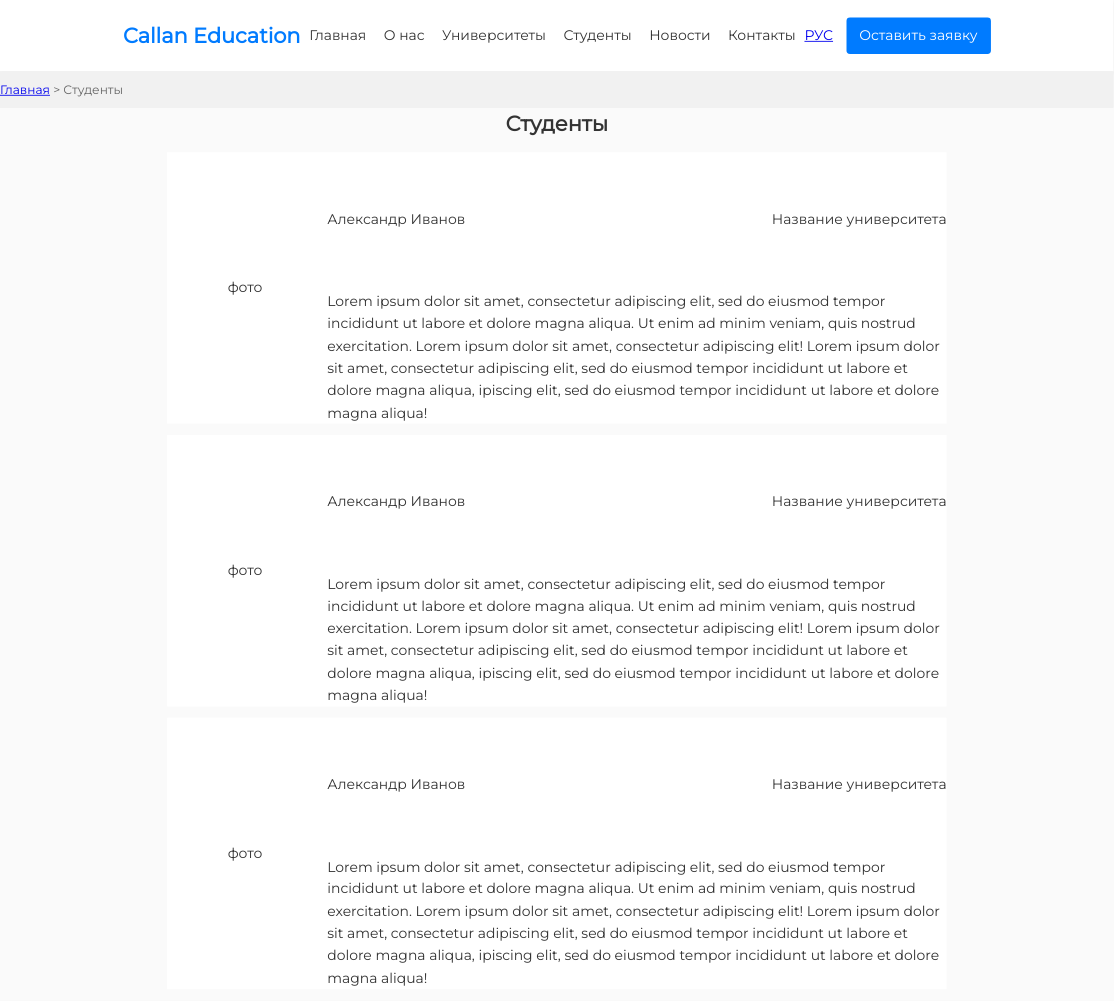
Repository: olyakorzh/Team-project-1
Page: assets/pages/students.html
An editor plug-in stored every save of this project. The page is shown before and after the next save, followed by the edit.
The browser window is 1280 px wide. The pictures show the whole page, at 87% of full size.

Above is the page before, as saved 2024-12-03 23:18:14.

### assets/pages/students.html
<!DOCTYPE html>
<html lang="ru">
<head>
    <meta charset="UTF-8">
    <meta name="viewport" content="width=device-width, initial-scale=1.0">
    <title>Студенты</title>
    <link rel="stylesheet" href="/assets/styles/students.css" />
</head>
<body>
    <header class="header">
        <div class="header__container">
          <div class="header__logo">Callan Education</div>
          <nav class="header__nav">
            <ul class="menu">
              <li class="menu__item">
                <a href="#" class="menu__link">Главная</a>
              </li>
              <li class="menu__item"><a href="#" class="menu__link">О нас</a></li>
              <li class="menu__item">
                <a href="#" class="menu__link">Университеты</a>
              </li>
              <li class="menu__item">
                <a href="#" class="menu__link">Студенты</a>
              </li>
              <li class="menu__item">
                <a href="#" class="menu__link">Новости</a>
              </li>
              <li class="menu__item">
                <a href="#" class="menu__link">Контакты</a>
              </li>
            </ul>
          </nav>
          <div class="header__actions">
            <a href="#" class="header__language">РУС</a>
            <a href="#" class="header__button">Оставить заявку</a>
          </div>
        </div>
      </header>
      <main>
        <section class="breadcrumbs">
            <div class="breadcrumbs__container">
              <a href="#" class="breadcrumbs__link">Главная</a> >
              <span class="breadcrumbs__current">Студенты</span>
            </div>
          </section>
          <h2>Студенты</h2>
          <div class="basic">
          <div class="containerstudent">
          <div class="block_foto">фото</div>
          <div class="block1">Александр Иванов</div>
          <div class="block2">Название университета</div>
          <div class="block3">Lorem ipsum dolor sit amet, consectetur adipiscing elit, sed do eiusmod tempor incididunt ut labore et dolore magna aliqua. Ut enim ad minim veniam, quis nostrud exercitation. Lorem ipsum dolor sit amet, consectetur adipiscing elit! Lorem ipsum dolor sit amet, consectetur adipiscing elit, sed do eiusmod tempor incididunt ut labore et dolore magna aliqua, ipiscing elit, sed do eiusmod tempor incididunt ut labore et dolore magna aliqua!</div>
         </div>
        </div>
        <div class="basic">
          <div class="containerstudent">
          <div class="block_foto">фото</div>
          <div class="block1">Александр Иванов</div>
          <div class="block2">Название университета</div>
          <div class="block3">Lorem ipsum dolor sit amet, consectetur adipiscing elit, sed do eiusmod tempor incididunt ut labore et dolore magna aliqua. Ut enim ad minim veniam, quis nostrud exercitation. Lorem ipsum dolor sit amet, consectetur adipiscing elit! Lorem ipsum dolor sit amet, consectetur adipiscing elit, sed do eiusmod tempor incididunt ut labore et dolore magna aliqua, ipiscing elit, sed do eiusmod tempor incididunt ut labore et dolore magna aliqua!</div>
         </div>
        </div>
        <div class="basic">
          <div class="containerstudent">
          <div class="block_foto">фото</div>
          <div class="block1">Александр Иванов</div>
          <div class="block2">Название университета</div>
          <div class="block3">Lorem ipsum dolor sit amet, consectetur adipiscing elit, sed do eiusmod tempor incididunt ut labore et dolore magna aliqua. Ut enim ad minim veniam, quis nostrud exercitation. Lorem ipsum dolor sit amet, consectetur adipiscing elit! Lorem ipsum dolor sit amet, consectetur adipiscing elit, sed do eiusmod tempor incididunt ut labore et dolore magna aliqua, ipiscing elit, sed do eiusmod tempor incididunt ut labore et dolore magna aliqua!</div>
         </div>
        </div>
        </main>
</body>
</html>

### assets/styles/students.css
@font-face {
    font-family: "Montserrat";
    src: url("../fonts/Montserrat/static/Montserrat-Regular.ttf")
      format("truetype");
    font-weight: normal;
    font-style: normal;
  }

  * {
    margin: 0;
    padding: 0;
    box-sizing: border-box;
  }

  body {
    font-family: Montserrat, sans-serif;
    font-size: 16px;
    line-height: 1.6;
    color: #333;
    background-color: #f9f9f9b8;
  }

  .container {
    width: 90%;
    max-width: 1200px;
    margin: 0 auto;
  }

  .header {
    background-color: #fff;
    box-shadow: 0 2px 5px rgba(0, 0, 0, 0.1);
    padding: 20px 0;
  }

  .header__container {
    display: flex;
    align-items: center;
    justify-content: center;
  }

  .header__logo {
    font-size: 24px;
    font-weight: bold;
    color: #007bff;
  }

  .header__nav .menu {
    display: flex;
    list-style: none;
  }

  .menu__item {
    margin: 0 10px;
  }

  .menu__link {
    text-decoration: none;
    color: #333;
    font-weight: 500;
    transition: color 0.3s ease;
  }

  .menu__link:hover {
    color: #007bff;
  }

  .header__actions {
    display: flex;
    align-items: center;
    gap: 15px;
  }

  .header__button {
    padding: 8px 15px;
    background-color: #007bff;
    color: #fff;
    text-decoration: none;
    border-radius: 4px;
    transition: background-color 0.3s ease;
  }

  .header__button:hover {
    background-color: #0056b3;
  }
  .breadcrumbs {
    background-color: #f1f1f1;
    padding: 10px 0;
    font-size: 14px;
    color: #666;
  }

  .breadcrumbs__container {
    text-align: left;
  }
  .containerstudent{
    display: grid;
    grid-template-columns: 20% 1fr 1fr;
    grid-template-rows: 1fr 1fr;
    gap: 5px 5px;
    align-items: center;
    width: 70%;
    margin-top: 1%;
    margin-bottom: 1%;
    background-color:#fff
  }
  .block_foto{
    display: grid;
    grid-row-start: 1;
    grid-row-end: 3;
    justify-items: center;

  }
  .block3{
    grid-column-end: span 2;
  }
  .block1{
    display: grid;
    text-align: left;
  }
  .block2{
    align-content: center;
    text-align: right;
  }
h2{
  display: grid;
  justify-content: center;
}
.basic{
justify-items: center;
}

After the next save:
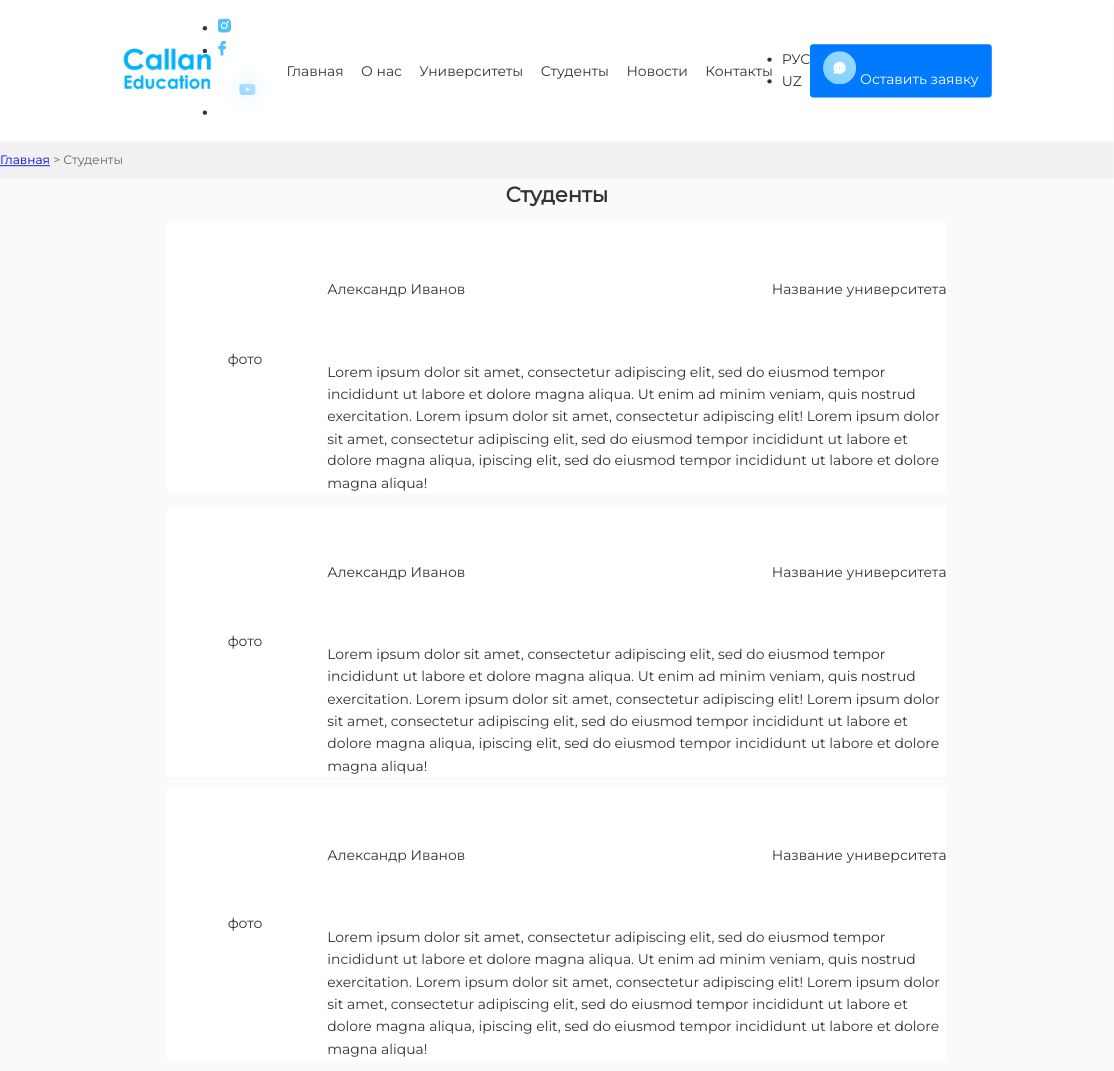
Saved 3 days later.
--- a/assets/pages/students.html
+++ b/assets/pages/students.html
@@ -7,35 +7,86 @@
     <link rel="stylesheet" href="/assets/styles/students.css" />
 </head>
 <body>
-    <header class="header">
-        <div class="header__container">
-          <div class="header__logo">Callan Education</div>
-          <nav class="header__nav">
-            <ul class="menu">
-              <li class="menu__item">
-                <a href="#" class="menu__link">Главная</a>
-              </li>
-              <li class="menu__item"><a href="#" class="menu__link">О нас</a></li>
-              <li class="menu__item">
-                <a href="#" class="menu__link">Университеты</a>
-              </li>
-              <li class="menu__item">
-                <a href="#" class="menu__link">Студенты</a>
-              </li>
-              <li class="menu__item">
-                <a href="#" class="menu__link">Новости</a>
-              </li>
-              <li class="menu__item">
-                <a href="#" class="menu__link">Контакты</a>
-              </li>
-            </ul>
-          </nav>
-          <div class="header__actions">
-            <a href="#" class="header__language">РУС</a>
-            <a href="#" class="header__button">Оставить заявку</a>
-          </div>
-        </div>
-      </header>
+  <header class="header">
+    <div class="header__container">
+      <div class="header__logo">
+        <img src="../img/main.img/Logo.png" alt="Callan Education" />
+      </div>
+      <nav class="header__media">
+        <ul class="header__media-list">
+          <li class="header__media-item">
+            <a href="#" class="header__media-link">
+              <img
+                src="../img/aboutus.img/header_instagramm.svg"
+                alt="Instagram"
+                class="header__media-icon"
+              />
+            </a>
+          </li>
+          <li class="header__media-item">
+            <a href="#" class="header__media-link">
+              <img
+                src="../img/aboutus.img/header_facebook.svg"
+                alt="Facebook"
+                class="header__media-icon"
+              />
+            </a>
+          </li>
+          <li class="header__media-item">
+            <a href="#" class="header__media-link">
+              <img
+                src="../img/aboutus.img/header_youtube.svg"
+                alt="YouTube"
+                class="header__media-icon"
+              />
+            </a>
+          </li>
+        </ul>
+      </nav>
+      <nav class="header__nav">
+        <ul class="menu">
+          <li class="menu__item">
+            <a href="main.html" class="menu__link">Главная</a>
+          </li>
+          <li class="menu__item">
+            <a href="aboutus.html" class="menu__link">О нас</a>
+          </li>
+          <li class="menu__item">
+            <a href="uni.html" class="menu__link">Университеты</a>
+          </li>
+          <li class="menu__item">
+            <a href="students.html" class="menu__link">Студенты</a>
+          </li>
+          <li class="menu__item">
+            <a href="news.html" class="menu__link">Новости</a>
+          </li>
+          <li class="menu__item">
+            <a href="cont.html" class="menu__link">Контакты</a>
+          </li>
+        </ul>
+      </nav>
+      <div class="header__language">
+        <ul class="header__language-list">
+          <li class="header__language-item header__language-item--active">
+            РУС
+          </li>
+          <li class="header__language-item">UZ</li>
+        </ul>
+      </div>
+
+      <div class="header__actions">
+        <a href="#" class="header__button">
+          <span class="header__button-icon">
+            <img
+              src="../img/aboutus.img/header_message.svg"
+              alt="Chat Icon"
+            />
+          </span>
+          Оставить заявку
+        </a>
+      </div>
+    </div>
+  </header>
       <main>
         <section class="breadcrumbs">
             <div class="breadcrumbs__container">
